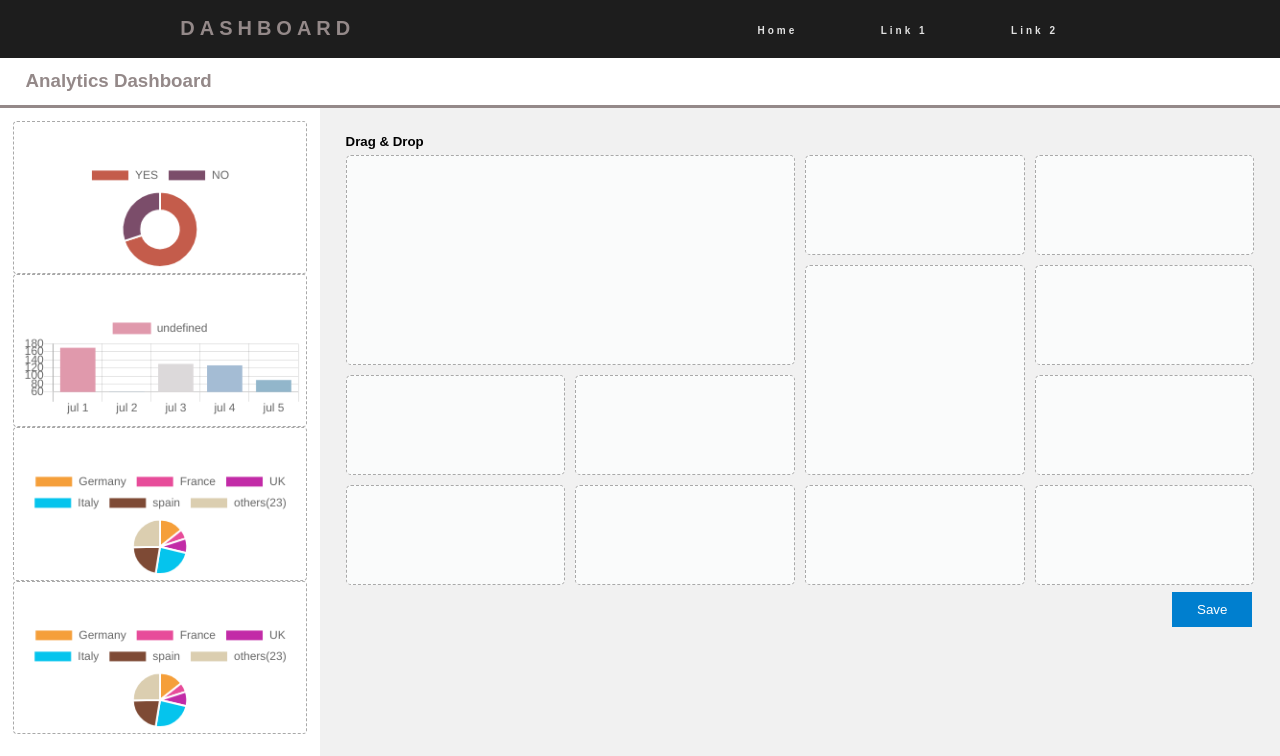
Repository: nourabdelhakam/drag-drop
Page: index.html
The author's editor kept a copy of each file at every save. The page is drawn from the files as they stood at one save, then again after the next save.
The browser window is 1280 px wide. The pictures show the whole page.
Some web libraries are served in a nearby version.

Above is the page before, as saved 2020-07-05 20:45:41.

After the next save:
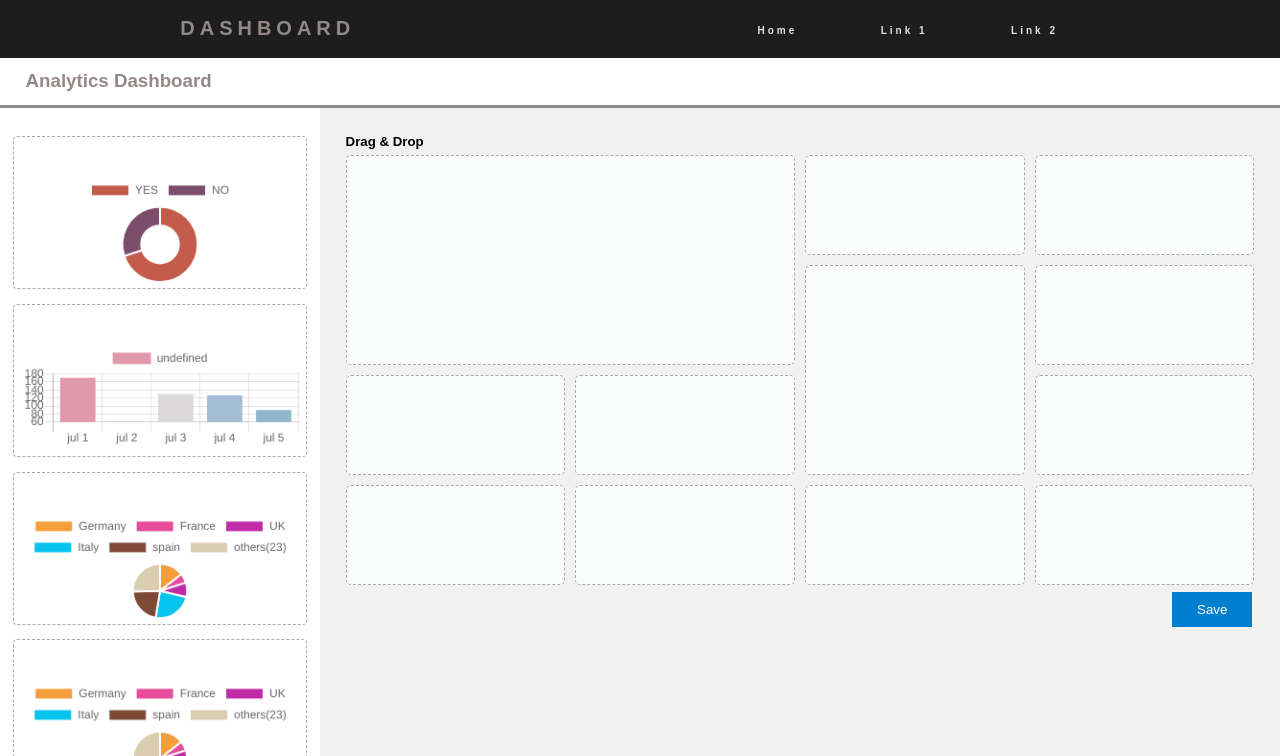
Saved 102 s later.
--- a/css/main.css
+++ b/css/main.css
@@ -40,7 +40,7 @@ h5 {
     border: 1px dashed darkgrey;
     padding: 5px 5px;
     text-align: center;
-    /* margin: 5% 0; */
+    margin: 5% 0;
     /* height: 100%;
     width: 100%; */
     cursor: pointer;
